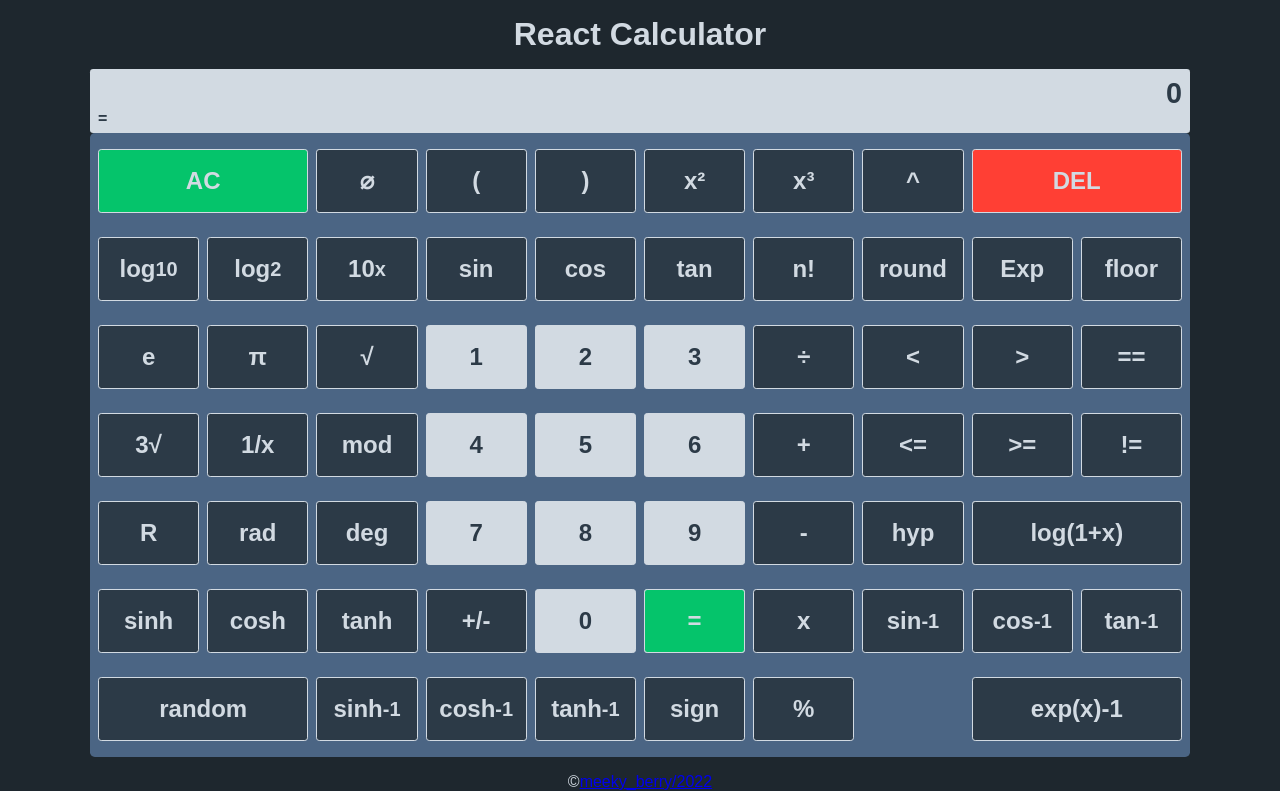
Repository: MikkyPrestige/calculator
Page: /
The author's editor kept a copy of each file at every save. The page is drawn from the files as they stood at one save, then again after the next save.
The browser window is 1280 px wide. The pictures show the whole page.
The project was rebuilt for these pictures with package versions that can differ from the ones it lists, and the page was loaded fresh each time.

Above is the page before, as saved 2022-11-18 05:04:16.

### src/index.css
* {
  margin: 0;
  padding: 0;
  box-sizing: border-box;
}

body {
  font-family: 'Poppins', sans-serif;
  background: #1e272e;
}

.heading {
  color: #d2dae2;
  text-align: center;
  margin: 1rem;
}

.app-container {
  width: 100%;
  max-width: 1100px;
  margin: 1rem auto;
}

.display {
  background-color: #d2dae2;
  color: #2C3A47;
  height: 4rem;
  font-size: 1.8rem;
  font-weight: 700;
  display: flex;
  flex-direction: column;
  padding: .5rem;
  border-radius: .2rem;
}

.display-calc {
  display: flex;
  justify-content: flex-end;
  align-items: center;
}

.display-result {
  display: flex;
  justify-content: flex-start;
  align-items: center;
  font-size: 1rem;
  font-weight: 700;
}

.operators {
  display: grid;
  grid-template-columns: repeat(10, 1fr);
  grid-gap: .5rem;
  padding: .5rem;
  border-radius: .3rem;
  background-color: #4b6584;
  -webkit-border-radius: .3rem;
  -moz-border-radius: .3rem;
  -ms-border-radius: .3rem;
  -o-border-radius: .3rem;
}

.operator {
  background-color: #2C3A47;
  color: #d2dae2;
  font-size: 1.5rem;
  font-weight: 700;
  height: 4rem;
  display: flex;
  justify-content: center;
  align-items: center;
  border-radius: .2rem;
  border: 1px solid #d2dae2;
  margin: .5rem 0;
}

.operator:hover {
  background-color: #d2dae2;
  color: #2C3A47;
  cursor: pointer;
}

.operator:active {
  background-color: #2C3A47;
  color: #d2dae2;
}

.digit {
  background-color: #d2dae2;
  color: #2C3A47;
  font-size: 1.5rem;
  font-weight: 700;
  height: 4rem;
  display: flex;
  justify-content: center;
  align-items: center;
  border-radius: .2rem;
  border: 1px solid #d2dae2;
  margin: .5rem 0;
}

.digit:hover {
  background-color: #2C3A47;
  color: #d2dae2;
  cursor: pointer;
}

.digit:active {
  background-color: #d2dae2;
  color: #2C3A47;
}

.clear {
  background-color: #05c46b;
  color: #d2dae2;
  grid-column: 1 / 3;
  grid-row: 1 / 2;
}

.clear:hover {
  background-color: #d2dae2;
  color: #05c46b;
}

.clear:active {
  background-color: #05c46b;
  color: #d2dae2;
}

.delete {
  background-color: #ff3f34;
  color: #d2dae2;
  grid-column: 9 / -1;
  grid-row: 1 / 2;
}

.delete:hover {
  background-color: #d2dae2;
  color: #ff3f34;
}

.delete:active {
  background-color: #ff3f34;
  color: #d2dae2;
}

.equalTo {
  background-color: #05c46b;
  color: #d2dae2;
  grid-column: 6 / 7;
  grid-row: 6 / 7;
}

.equal:hover {
  background-color: #d2dae2;
  color: #05c46b;
}

.equal:active {
  background-color: #05c46b;
  color: #d2dae2;
}

.divide {
  grid-column: 7 / 8;
  grid-row: 3 / 4;
}

.greater {
  grid-column: 8 / 9;
  grid-row: 3 / 4;
}

.less {
  grid-column: 9 / 10;
  grid-row: 3 / 4;
}

.equal {
  grid-column: 10 / 11;
  grid-row: 3 / 4;
}

.greaterTo {
  grid-column: 8 / 9;
  grid-row: 4 / 5;
}

.lessTo {
  grid-column: 9 / 10;
  grid-row: 4 / 5;
}

.notequal {
  grid-column: 10 / 11;
  grid-row: 4 / 5;
}

.plus {
  grid-column: 7 / 8;
  grid-row: 4 / 5;
}

.cubeRoot {
  grid-column: 1 / 2;
  grid-row: 4 / 5;
}

.reciprocal {
  grid-column: 2 / 3;
  grid-row: 4 / 5;
}

.modulo {
  grid-column: 3 / 4;
  grid-row: 4 / 5;
}

.radius {
  grid-column: 1 / 2;
  grid-row: 5 / 6;
}

.radian {
  grid-column: 2 / 3;
  grid-row: 5 / 6;
}

.degree {
  grid-column: 3 / 4;
  grid-row: 5 / 6;
}

.minus {
  grid-column: 7 / 8;
  grid-row: 5 / 6;
}

.hyp {
  grid-column: 8 / 9;
  grid-row: 5 / 6;
}

.log {
  grid-column: 9 / 11;
  grid-row: 5 / 6;
}

.sinH {
  grid-column: 1 / 2;
  grid-row: 6 / 7;
}

.cosH {
  grid-column: 2 / 3;
  grid-row: 6 / 7;
}

.tanH {
  grid-column: 3 / 4;
  grid-row: 6 / 7;
}

.random {
  grid-column: 1 / 3;
  grid-row: 7 / 8;
}

.exp {
  grid-column: 9 / -1;
  grid-row: 7 / 8;
}

.dot {
  grid-column: 6 / 7;
  grid-row: 6 / 7;
  background-color: #d2dae2;
  color: #2C3A47;
}

.dot:hover {
  background-color: #2C3A47;
  color: #d2dae2;
}

.dot:active {
  background-color: #d2dae2;
  color: #2C3A47;
}

.percentage {
  grid-column: 7 / 8;
  grid-row: 7 / 8;
}

.attribution {
  color: #d2dae2;
  text-align: center;
}

Loaded but not shown: public/index.html (common file); src/index.js (common file); src/App.js (755 lines, source omitted)

After the next save:
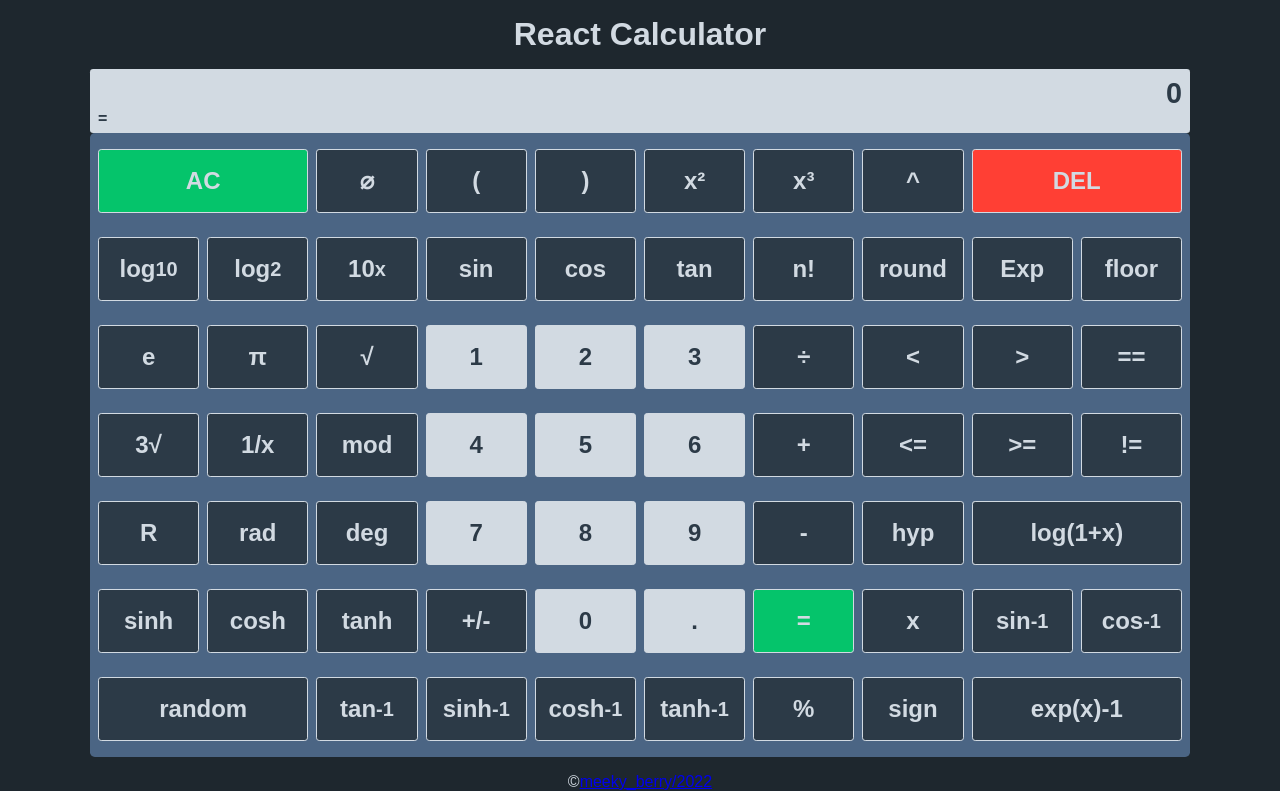
Saved 71 s later.
--- a/src/index.css
+++ b/src/index.css
@@ -147,7 +147,7 @@ body {
 .equalTo {
   background-color: #05c46b;
   color: #d2dae2;
-  grid-column: 6 / 7;
+  grid-column: 7 / 8;
   grid-row: 6 / 7;
 }
 
